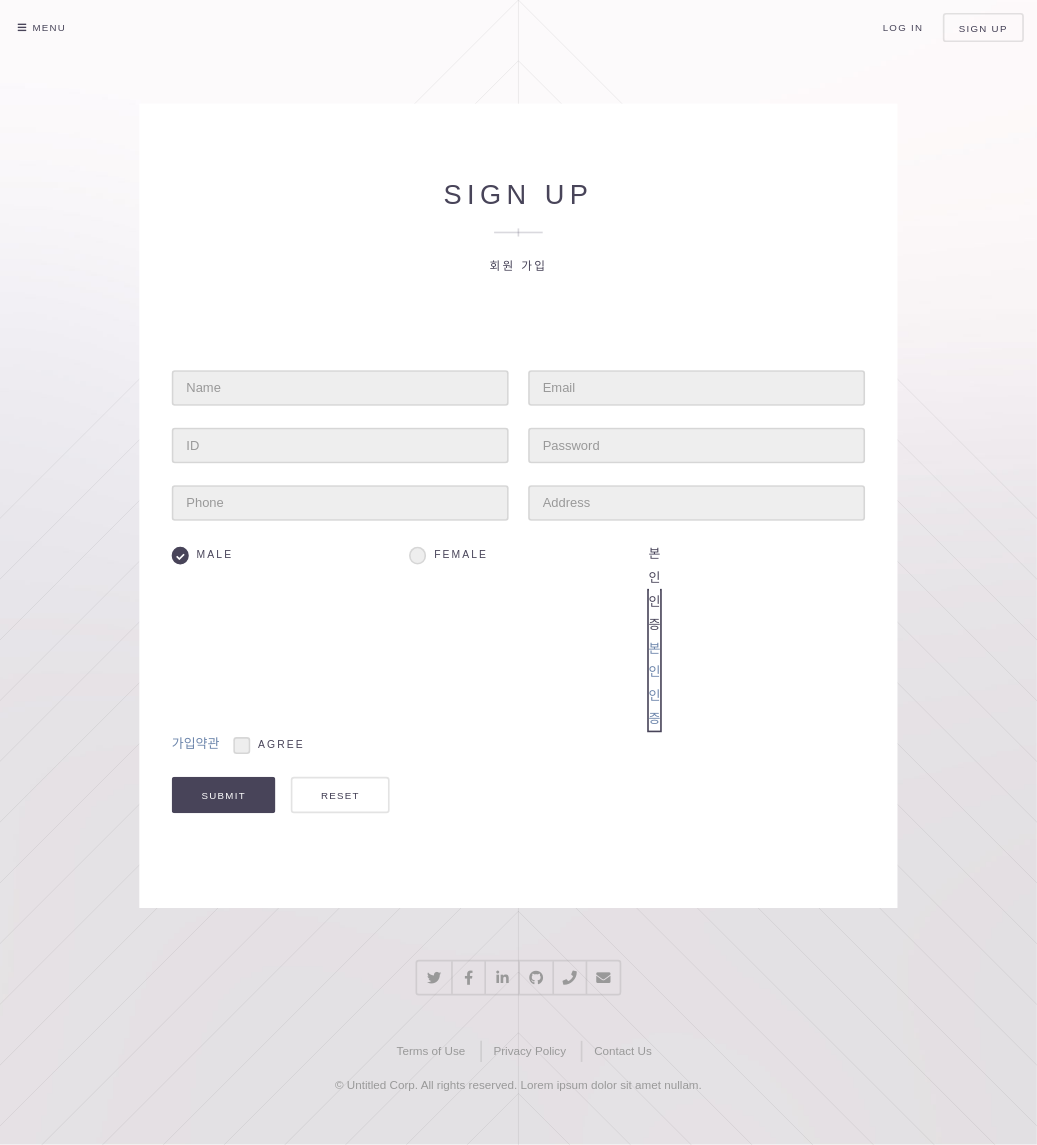
Repository: WKMoon/JavaScript-Project
Page: myFront/WebContent/signup.html
These files come from the project's save history. The page is drawn as it stood at one moment and after the next save; the edit follows.
The browser window is 1280 px wide. The pictures show the whole page, at 81% of full size.
Some web fonts or font styles are not loaded; a fallback is used.

Above is the page before, as saved 2021-03-01 22:50:04.

After the next save:
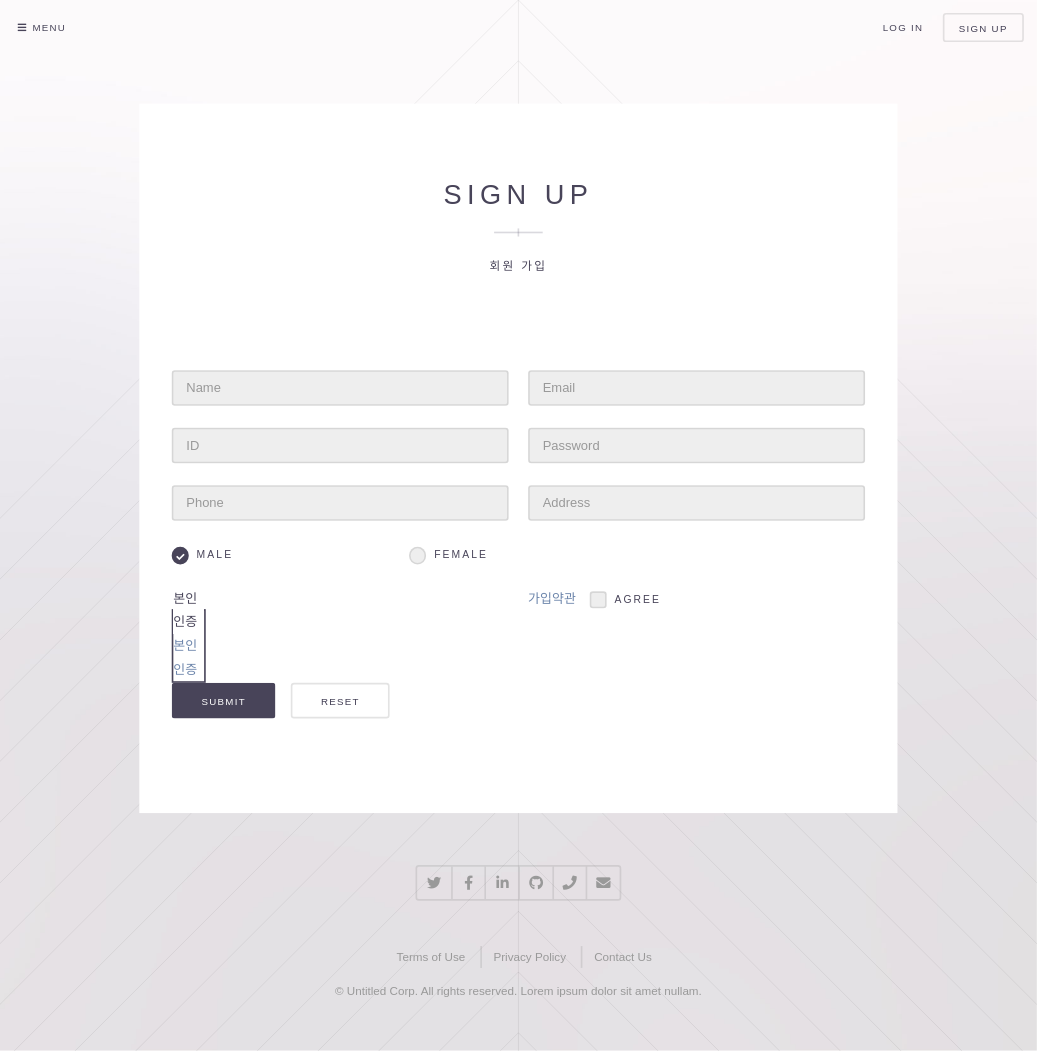
Saved 39 s later.
--- a/myFront/WebContent/signup.html
+++ b/myFront/WebContent/signup.html
@@ -77,7 +77,7 @@
 												</div>
 												<!-- Break -->
 
-												<div>
+												<div class="col-6 col-12-small">
 													<fieldset style="border:2px solid; width:10%;">
 													<legend>본인인증</legend>
 													<a href="identification.html"style="text-decoration: none;">본인 인증</a>
